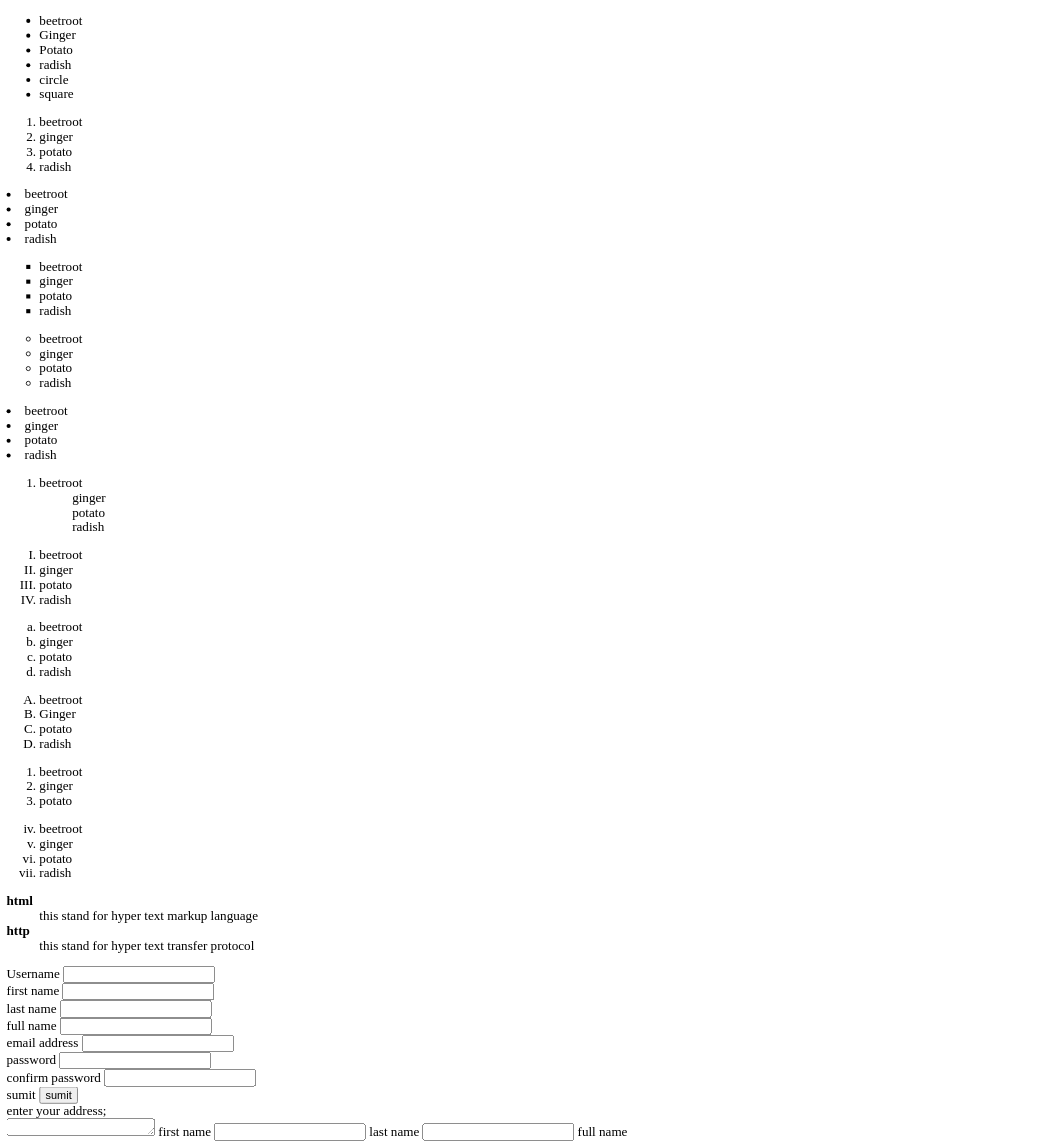
Repository: Achuut/first-code-lessons
Page: Achut.HTML
The author's editor kept a copy of each file at every save. The page is drawn from the files as they stood at one save, then again after a run of saves.
The browser window is 1280 px wide. The pictures show the whole page, at 82% of full size.

Above is the page before, as saved 2023-03-08 11:34:55.

After the next 4 saves:
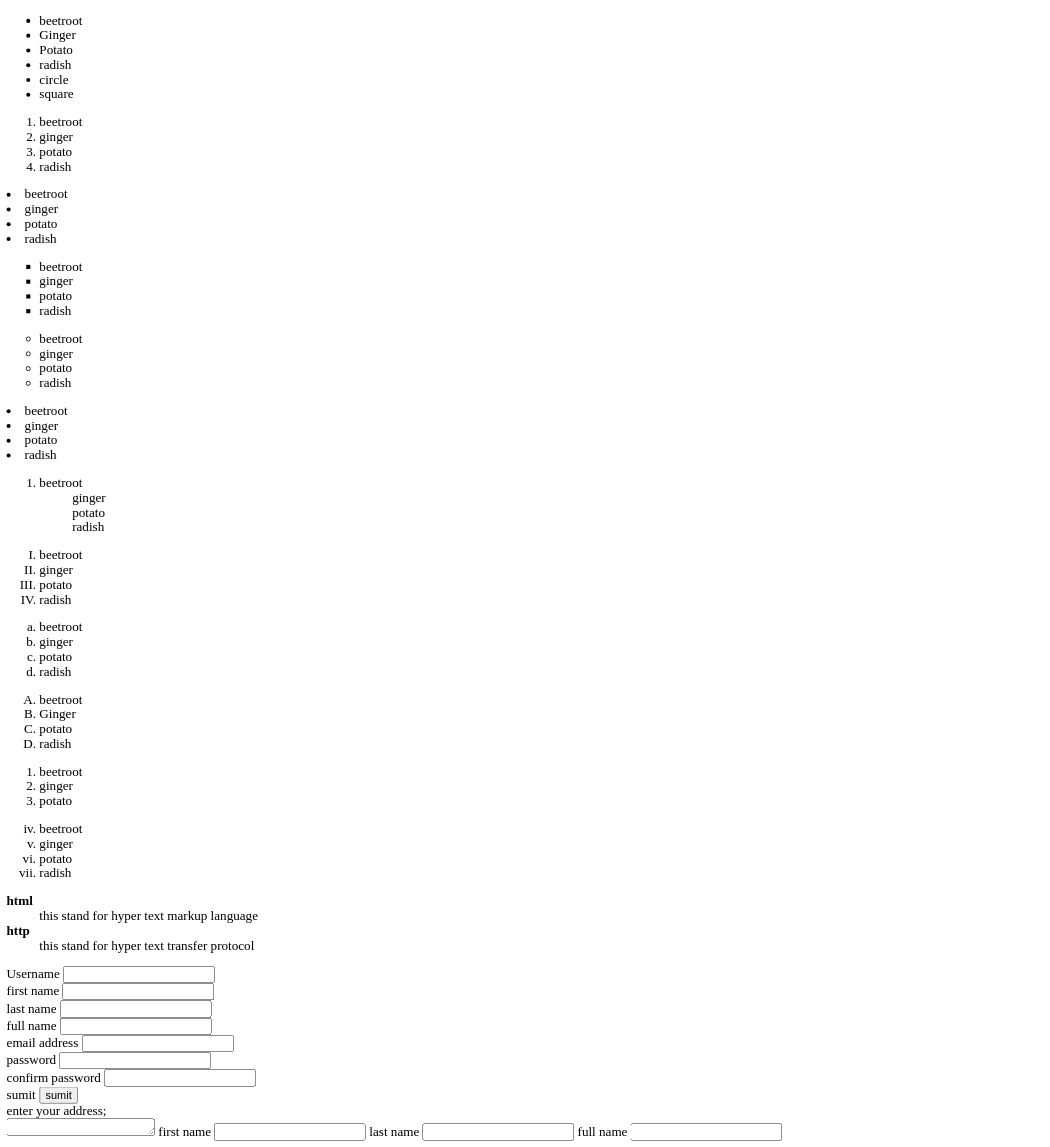
The 4 saves are shown as one change because they came seconds apart.
The last was saved 11 s later.
--- a/Achut.HTML
+++ b/Achut.HTML
@@ -102,6 +102,6 @@
       <textarea name="2" id="" cols="20" rows="1"></textarea>
       first name <input type="text" name="firstname">
       last name <input type="text" name="lastname">
-      full name
+      full name <input type="text">
       </form>
 </body>
